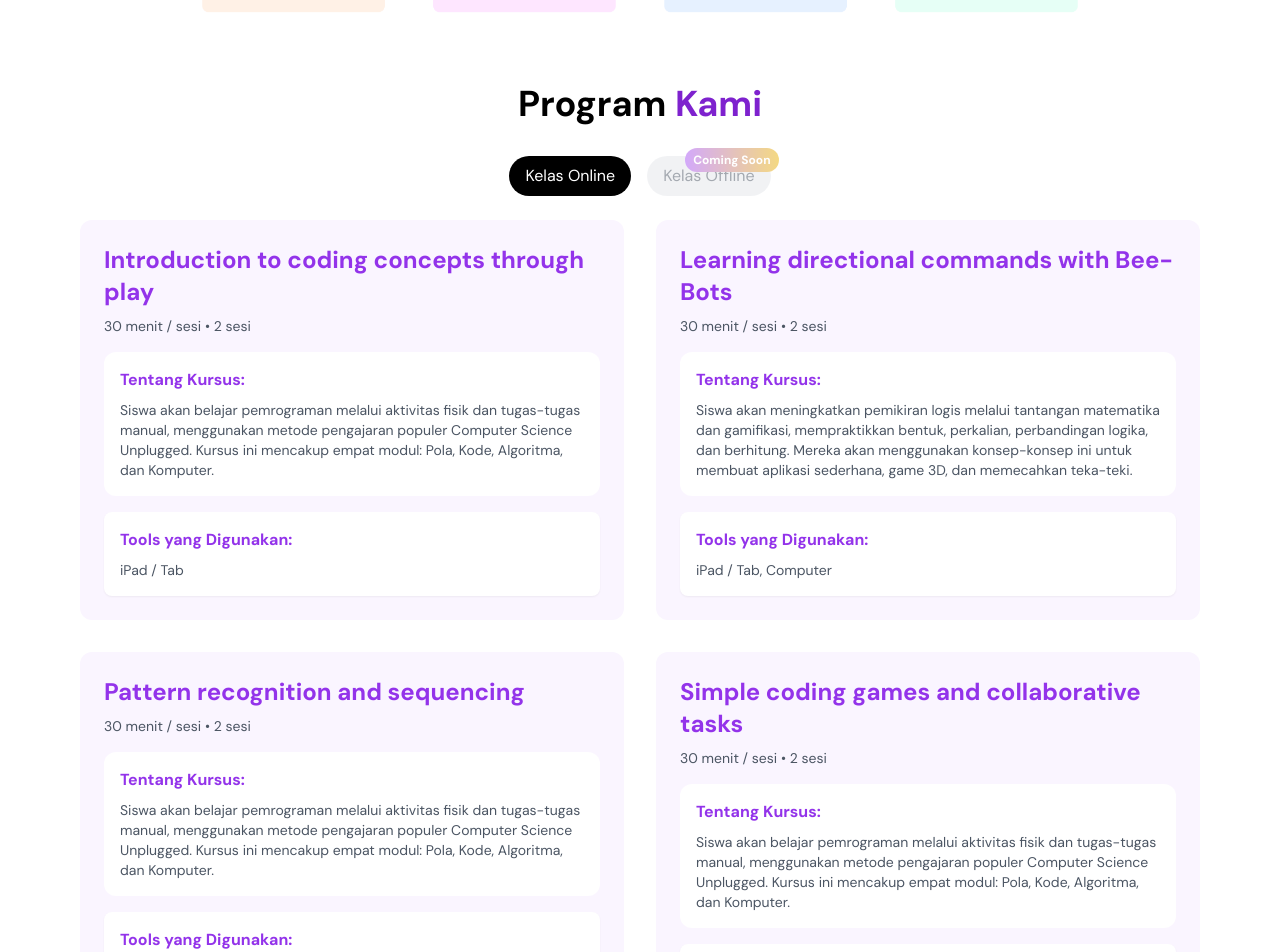
Repository: paskasiregar/ttccomweb
Page: /track/basic-programming
An editor plug-in stored every save of this project. The page is shown before and after the next save, followed by the edit.
The browser window is 1280 px wide. The pictures show the part of the page from y = 2031 to 2983 px (the page is 3115 px tall before and 3147 px after).
The project was rebuilt for these pictures with package versions that can differ from the ones it lists, and the page was loaded fresh each time. The framework's server and built-in components were replaced by stand-ins that run in the browser. Also part of the build but not shown: next.config.js, next.config.mjs.

Above is the page before, as saved 2024-11-16 23:32:27.

### src/app/layout.js
import "./globals.css";
import { DM_Sans } from "next/font/google";

const dmSans = DM_Sans({
  subsets: ["latin"],
  weight: ["400", "500", "700"], // Include only the weights you need
  variable: "--font-dm-sans", // Optional: CSS variable for global use
});

export const metadata = {
  title: "Tiny Tech Club",
  description: "Small techies, big dreams 🚀",
};

export default function RootLayout({ children }) {
  return (
    <html lang="en" className={dmSans.variable}>
      <body className="antialiased">{children}</body>
    </html>
  );
}

### src/app/template.js
import React from "react";

export default function TrackTemplate({ title, description, children }) {
  return (
    <div>
      {/* Hero Section */}
      <div className="relative h-screen w-full">
        <img
          src="https://images.unsplash.com/photo-1494783367193-149034c05e8f"
          alt="Background"
          className="absolute inset-0 w-full h-full object-cover filter blur-sm"
        />
        <div className="absolute inset-0 bg-black bg-opacity-50"></div>
        <div className="absolute inset-0 flex flex-col items-center justify-center">
          <h1 className="text-4xl text-white font-bold">{title}</h1>
          <p className="text-xl text-white mt-4">{description}</p>
        </div>
      </div>

      {/* Content Section */}
      <div className="max-w-7xl mx-auto px-4 py-8">{children}</div>
    </div>
  );
}

### src/app/track/[track]/page.js
"use client";
import { useParams } from "next/navigation";
import TrackTemplate from "../[track]";
import Image from "next/image";
import ljImage from "@/assets/lj.png";
import ProgramTabs from "@/components/programTabs";

export default function TrackPage() {
  const { track } = useParams();

  const trackDetails = {
    "creative-coding": {
      title: "Creative Coding Track",
      description:
        "Kenalkan coding ke anak-anak dengan aktivitas seru dan edukatif. Cocok banget buat usia 4-5 tahun untuk membangun kemampuan berpikir logis.",
      backgroundImage:
        "https://images.unsplash.com/photo-1544717305-2782549b5136", // Replace with a relevant Creative Coding image
    },
    "visual-coding": {
      title: "Visual Coding Track",
      description:
        "Belajar konsep pemrograman visual pakai ScratchJr. Cocok buat anak usia 6-7 tahun untuk bikin cerita dan proyek seru sambil belajar coding dasar.",
      backgroundImage:
        "https://images.unsplash.com/photo-1573164574393-b9b12c3ff9c6", // Replace with a relevant Visual Coding image
    },
    "web-development": {
      title: "Web Development Track",
      description:
        "Pelajari dasar-dasar pengembangan web pakai HTML, CSS, dan JavaScript. Cocok untuk anak usia 8-12 tahun yang mau bikin proyek mini web seru.",
      backgroundImage:
        "https://images.unsplash.com/photo-1522071820081-009f0129c71c", // Replace with a relevant Web Development image
    },
    "basic-programming": {
      title: "Basic Programming Track",
      description:
        "Belajar konsep pemrograman inti pakai Python dan JavaScript. Dirancang untuk usia 13-16 tahun yang pengen bikin aplikasi nyata dan mengasah kemampuan problem-solving.",
      backgroundImage:
        "https://images.unsplash.com/photo-1517433456452-f9633a875f6f", // Replace with a relevant Basic Programming image
    },
    // Add more tracks as needed
  };

  const trackData = trackDetails[track] || {
    title: "Track Tidak Ditemukan",
    description: "Track yang kamu cari nggak ada nih.",
    backgroundImage:
      "https://images.unsplash.com/photo-1506748686214-e9df14d4d9d0", // Default image for not found
  };

  return (
    <div className="mx-auto">
      {/* Back Button */}
      <div className="my-4 px-4 sm:px-8">
        <button
          className="secondary-button"
          onClick={() => (window.location.href = "/")}
        >
          &lt; Kembali
        </button>
      </div>

      {/* Track Template */}
      <section>
        <TrackTemplate
          title={trackData.title}
          description={trackData.description}
          backgroundImage={trackData.backgroundImage}
        />

        {/* Learning Journey Section */}
        <section className="w-full my-8 px-4 sm:px-8 max-w-container py-20">
          <div>
            <div className="flex flex-col md:flex-row items-center md:items-start md:justify-between">
              {/* Title */}
              <div className="max-w-lg md:w-1/2">
                <h1 className="text-6xl md:text-6xl font-bold mb-8">
                  Learning <span className="text-purple-700">Journey</span>
                </h1>
              </div>

              {/* Description */}
              <div className="mt-6 md:mt-0 md:w-1/2 mb-8">
                <p className="text-gray-600 text-base md:text-md">
                  Yuk, mulai perjalanan belajar yang seru dan inspiratif buat
                  anak-anak! Kami hadir untuk membantu anak-anak mengembangkan
                  kreativitas, berpikir logis, dan percaya diri. Dengan berbagai
                  track yang disesuaikan untuk setiap usia, pengalaman belajar
                  jadi menyenangkan dan berkesan.
                </p>
              </div>
            </div>

            {/* Image */}
            <div className="mt-6 md:mt-0 mb-8">
              <Image
                src={ljImage}
                alt="Perjalanan Belajar"
                width={1440} // Adjust width as needed
                height={1000} // Adjust height as needed
                className="rounded-lg"
              />
            </div>
          </div>
        </section>

        {/* Our Program Section */}
        <section className="w-full my-8 px-4 sm:px-8 max-w-container mb-8">
          <h2 className="text-center text-4xl font-bold mb-8">
            Program <span className="text-purple-700">Kami</span>
          </h2>
          <ProgramTabs />
        </section>
      </section>
    </div>
  );
}

### src/app/globals.css
@tailwind base;
@tailwind components;
@tailwind utilities;

@import url('https://fonts.googleapis.com/css2?family=DM+Sans:wght@400;500;700&display=swap');

:root {
  --font-dm-sans: "DM Sans", sans-serif;
}

@font-face {
  font-family: 'DM Sans';
  src: url('/fonts/DM-Sans.woff2') format('woff2'),
    url('/fonts/DM-Sans.woff') format('woff');
  font-weight: 400;
  font-style: normal;
}

body {
  font-family: 'DM Sans', sans-serif;
}

.dm-sans-custom {
  font-family: "DM Sans", sans-serif;
  font-optical-sizing: auto;
  font-weight: 400;
  font-style: normal;
}

body {
  font-family: 'DM Sans', Arial, Helvetica, sans-serif;
  margin: 0;
  padding: 0;
  box-sizing: border-box;
}

*,
*::before,
*::after {
  box-sizing: inherit;
}

/* Container class for centering content */
.max-w-container {
  max-width: 1440px;
  margin: 0 auto;
  padding: 0 16px;
  /* Optional padding for spacing on smaller screens */
}

### src/app/track/[track].js
import React from "react";

export default function TrackTemplate({ title, description, children }) {
  return (
    <div>
      {/* Hero Section */}
      <div className="relative h-screen w-full">
        <img
          src="https://images.unsplash.com/photo-1494783367193-149034c05e8f"
          alt="Background"
          className="absolute inset-0 w-full h-full object-cover filter blur-sm"
        />
        <div className="absolute inset-0 bg-black bg-opacity-50"></div>
        <div className="absolute inset-0 flex flex-col items-center justify-center">
          <h1 className="text-6xl text-white font-bold p-8">{title}</h1>
          <p className="text-xl text-white mt-4 p-8">{description}</p>
        </div>
      </div>

      {/* Content Section */}
      <div className="max-w-7xl mx-auto px-4 py-8">{children}</div>
    </div>
  );
}

### src/components/programTabs.jsx
import React, { useState } from "react";
import ClassType from "./classType"; // Import the cards component for online tab

function ProgramTabs() {
  const [activeTab, setActiveTab] = useState("online");

  const tabs = [
    { id: "online", label: "Kelas Online", disabled: false },
    { id: "offline", label: "Kelas Offline", disabled: true },
  ];

  const handleTabClick = (tabId, disabled) => {
    if (!disabled) {
      setActiveTab(tabId);
    }
  };

  return (
    <div className="w-full">
      {/* Tabs */}
      <div className="flex justify-center space-x-4 mb-6">
        {tabs.map((tab) => (
          <button
            key={tab.id}
            className={`relative py-2 px-4 rounded-full ${
              activeTab === tab.id
                ? "bg-black text-white"
                : "bg-gray-200 text-gray-600"
            } ${tab.disabled ? "opacity-50 cursor-not-allowed" : ""}`}
            onClick={() => handleTabClick(tab.id, tab.disabled)}
            disabled={tab.disabled}
          >
            {tab.label}
            {/* Show 'Coming Soon' chip on disabled tabs */}
            {tab.disabled && (
              <span className="absolute -top-2 -right-2 text-xs font-bold text-white px-2 py-1 rounded-full bg-gradient-to-r from-purple-500 to-yellow-500">
                Coming Soon
              </span>
            )}
          </button>
        ))}
      </div>

      {/* Tab Content */}
      <div>
        {activeTab === "online" && (
          <div>
            {/* Render the cards for the online tab */}
            <ClassType />
          </div>
        )}
        {activeTab === "offline" && (
          <div>
            <p className="text-center text-gray-600">
              Konten untuk Kelas Offline sedang dalam pengembangan.
            </p>
          </div>
        )}
      </div>
    </div>
  );
}

export default ProgramTabs;

### src/components/classType.jsx
import ClassCard from "./classCard";

export default function ClassType() {
  return (
    <div className="grid grid-cols-1 md:grid-cols-2 gap-8 px-4 sm:px-8 max-w-container">
      <ClassCard
        title="Introduction to coding concepts through play"
        duration="30 menit"
        sessions="2 sesi"
        description="Siswa akan belajar pemrograman melalui aktivitas fisik dan tugas-tugas manual, menggunakan metode pengajaran populer Computer Science Unplugged. Kursus ini mencakup empat modul: Pola, Kode, Algoritma, dan Komputer."
        tools="iPad / Tab"
      />
      <ClassCard
        title="Learning directional commands with Bee-Bots"
        duration="30 menit"
        sessions="2 sesi"
        description="Siswa akan meningkatkan pemikiran logis melalui tantangan matematika dan gamifikasi, mempraktikkan bentuk, perkalian, perbandingan logika, dan berhitung. Mereka akan menggunakan konsep-konsep ini untuk membuat aplikasi sederhana, game 3D, dan memecahkan teka-teki."
        tools="iPad / Tab, Computer"
      />
      <ClassCard
        title="Pattern recognition and sequencing"
        duration="30 menit"
        sessions="2 sesi"
        description="Siswa akan belajar pemrograman melalui aktivitas fisik dan tugas-tugas manual, menggunakan metode pengajaran populer Computer Science Unplugged. Kursus ini mencakup empat modul: Pola, Kode, Algoritma, dan Komputer."
        tools="iPad / Tab"
      />
      <ClassCard
        title="Simple coding games and collaborative tasks"
        duration="30 menit"
        sessions="2 sesi"
        description="Siswa akan belajar pemrograman melalui aktivitas fisik dan tugas-tugas manual, menggunakan metode pengajaran populer Computer Science Unplugged. Kursus ini mencakup empat modul: Pola, Kode, Algoritma, dan Komputer."
        tools="iPad / Tab"
      />
    </div>
  );
}

### src/components/classCard.jsx
import React from "react";
import PropTypes from "prop-types";

function ClassCard({ title, duration, sessions, description, tools }) {
  return (
    <div className="bg-purple-50 rounded-xl p-6">
      {/* Title */}
      <h3 className="text-2xl font-bold text-purple-600 mb-2">{title}</h3>

      {/* Duration and Sessions */}
      <p className="text-gray-600 text-sm mb-4">
        {duration} / sesi • {sessions}
      </p>

      {/* Description */}
      <div className="bg-white rounded-xl p-4 mb-4">
        <h4 className="text-purple-600 font-semibold mb-2">Tentang Kursus:</h4>
        <p className="text-gray-600 text-sm">{description}</p>
      </div>

      {/* Tools */}
      <div className="bg-white rounded-lg p-4 shadow-sm">
        <h4 className="text-purple-600 font-semibold mb-2">
          Tools yang Digunakan:
        </h4>
        <p className="text-gray-600 text-sm">{tools}</p>
      </div>
    </div>
  );
}

ClassCard.propTypes = {
  title: PropTypes.string.isRequired,
  duration: PropTypes.string.isRequired,
  sessions: PropTypes.string.isRequired,
  description: PropTypes.string.isRequired,
  tools: PropTypes.string.isRequired,
};

export default ClassCard;

Loaded but not shown: tailwind.config.js (common file)

After the next save:
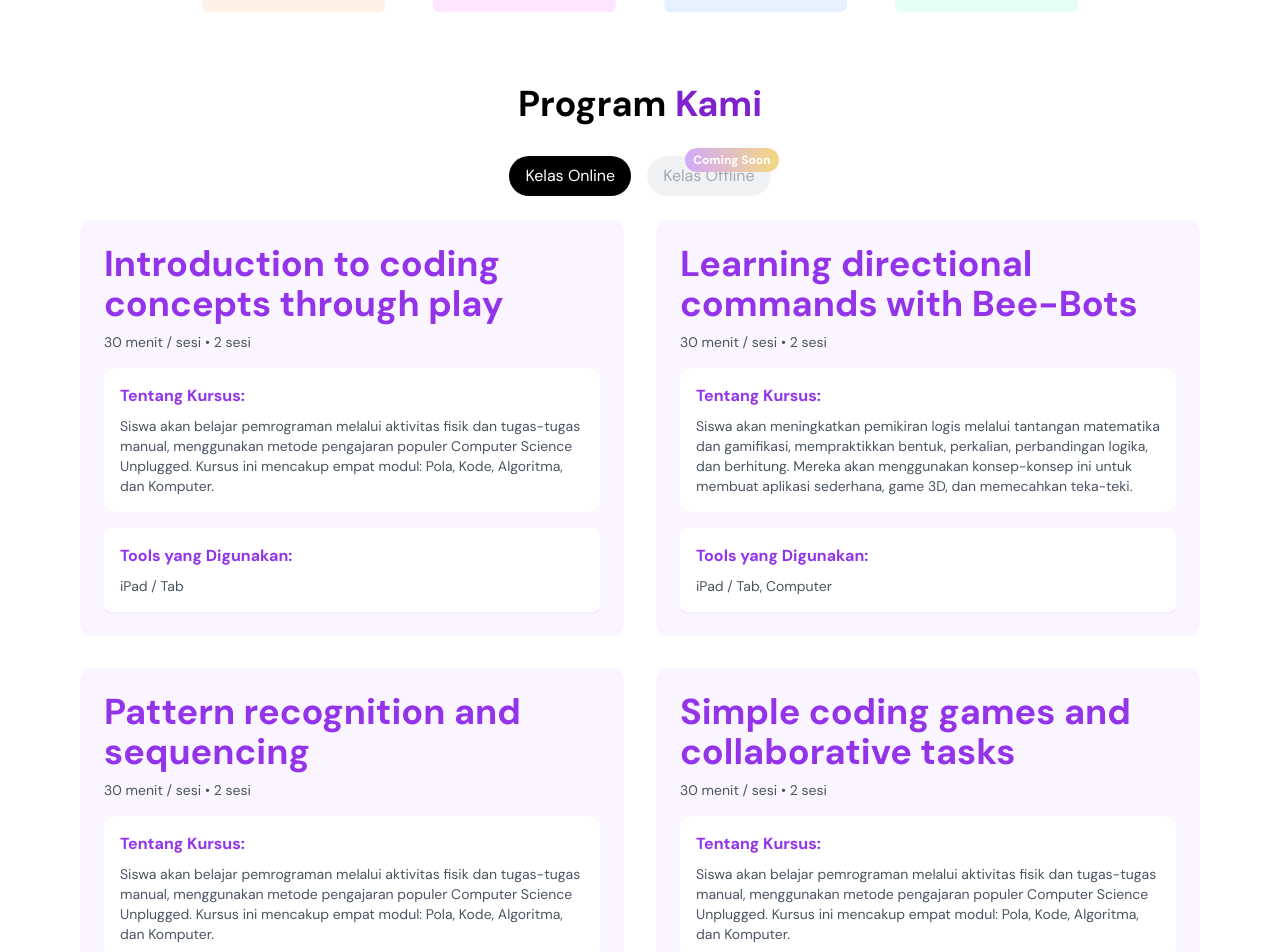
Saved 5 s later.
--- a/src/components/classCard.jsx
+++ b/src/components/classCard.jsx
@@ -5,7 +5,7 @@ function ClassCard({ title, duration, sessions, description, tools }) {
   return (
     <div className="bg-purple-50 rounded-xl p-6">
       {/* Title */}
-      <h3 className="text-2xl font-bold text-purple-600 mb-2">{title}</h3>
+      <h3 className="text-4xl font-bold text-purple-600 mb-2">{title}</h3>
 
       {/* Duration and Sessions */}
       <p className="text-gray-600 text-sm mb-4">
